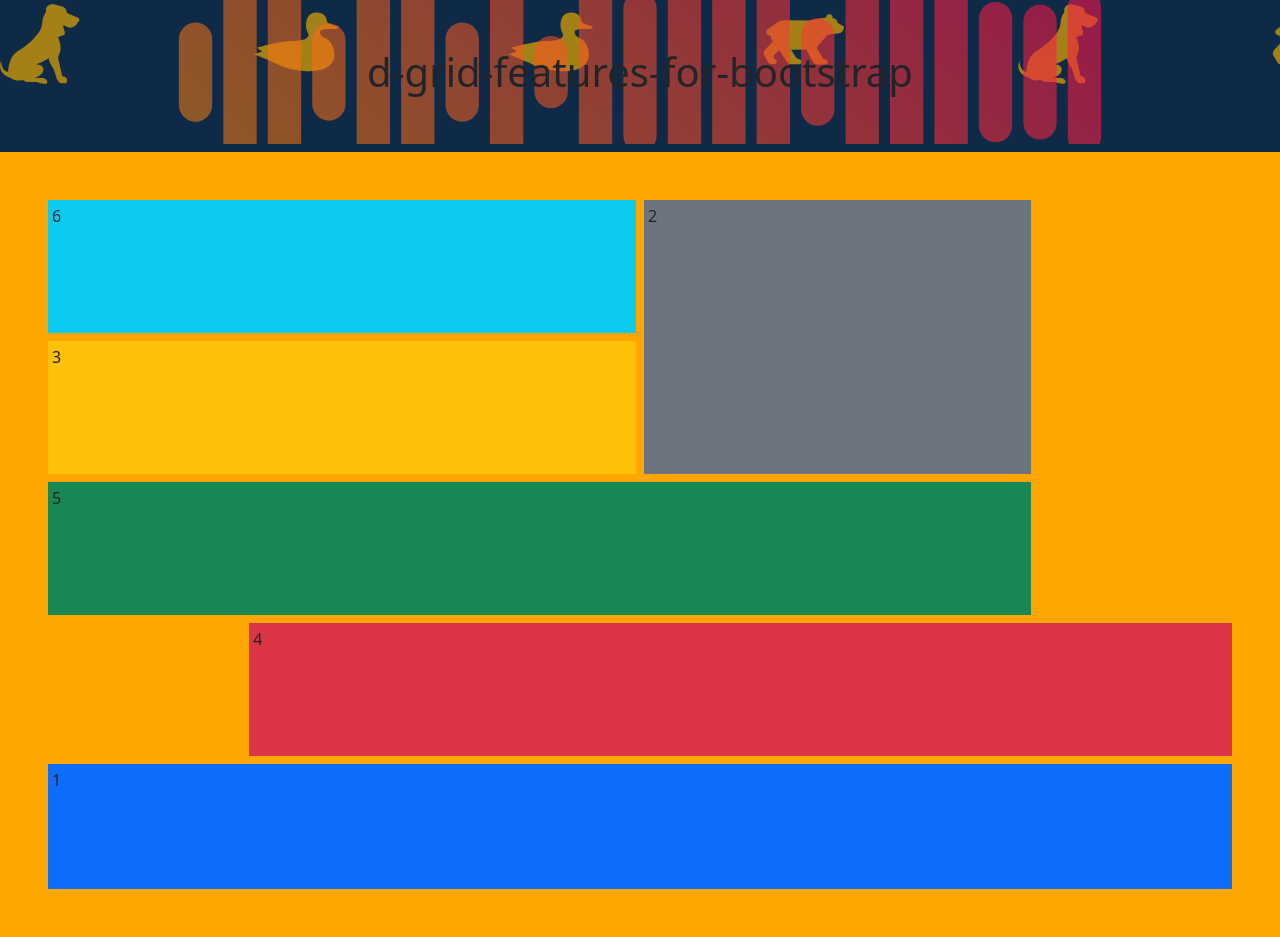
Repository: LynxPardelle/d-grid-features-for-bootstrap
Page: index.html
An editor plug-in stored every save of this project. The page is shown before and after the next save, followed by the edit.
The browser window is 1280 px wide. The pictures show the whole page.

Above is the page before, as saved 2021-10-20 23:11:26.

After the next save:
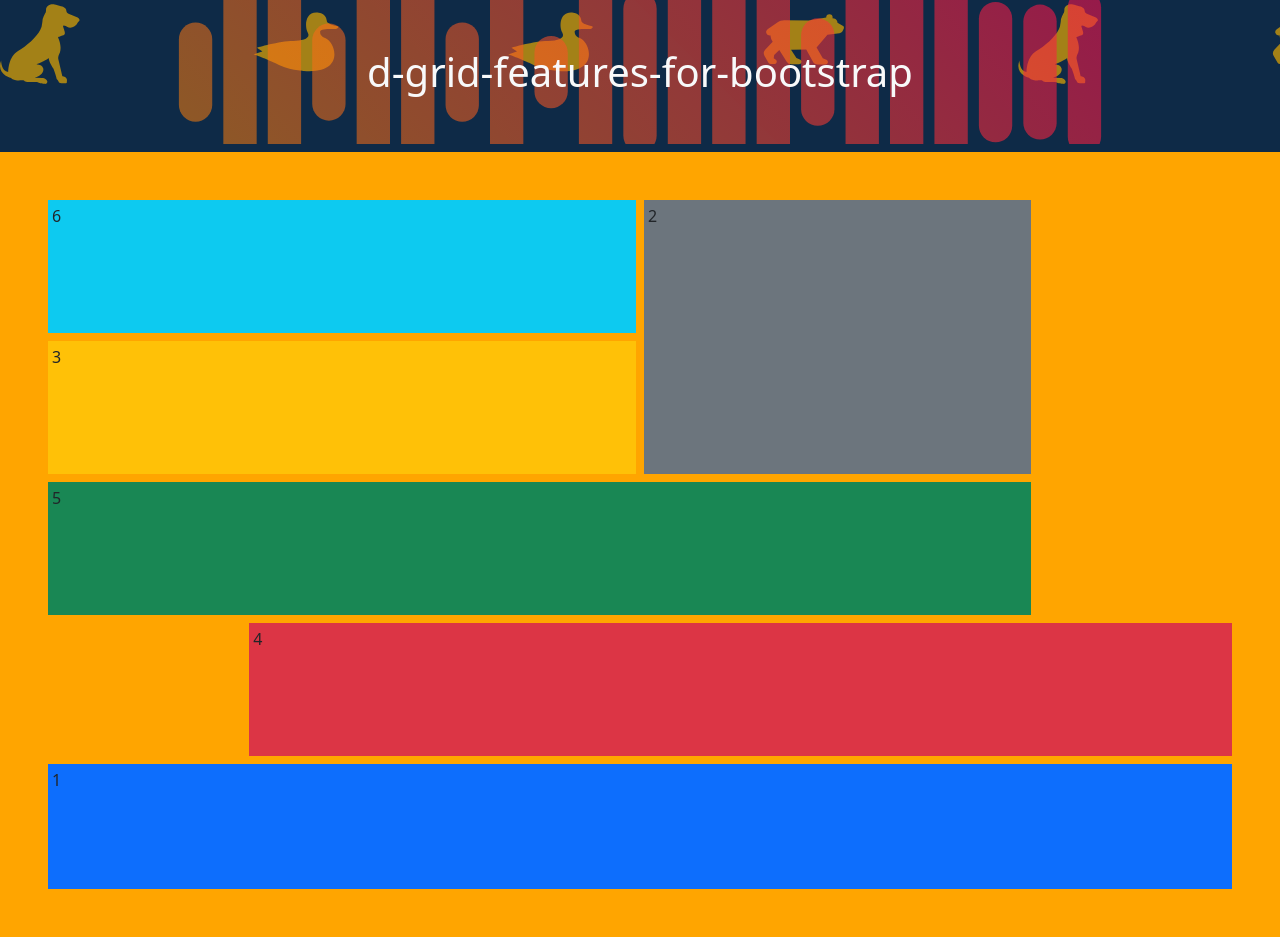
Saved 19 s later.
--- a/index.html
+++ b/index.html
@@ -29,7 +29,7 @@
     </style>
   </head>
   <body>
-    <h1 class="text-center p-5">d-grid-features-for-bootstrap</h1>
+    <h1 class="text-center p-5 text-light">d-grid-features-for-bootstrap</h1>
 
     <!-- <section class="d-grid bg-dark" data-gfbs data-gfbs-gtc="repeat(4, 1fr)" data-gfbs-gtr="repeat(2, 50px)" > -->
     <!-- <section class="d-grid bg-dark" data-gfbs data-gfbs-gta='"f f b c c a"" f f d e e a"'> -->
